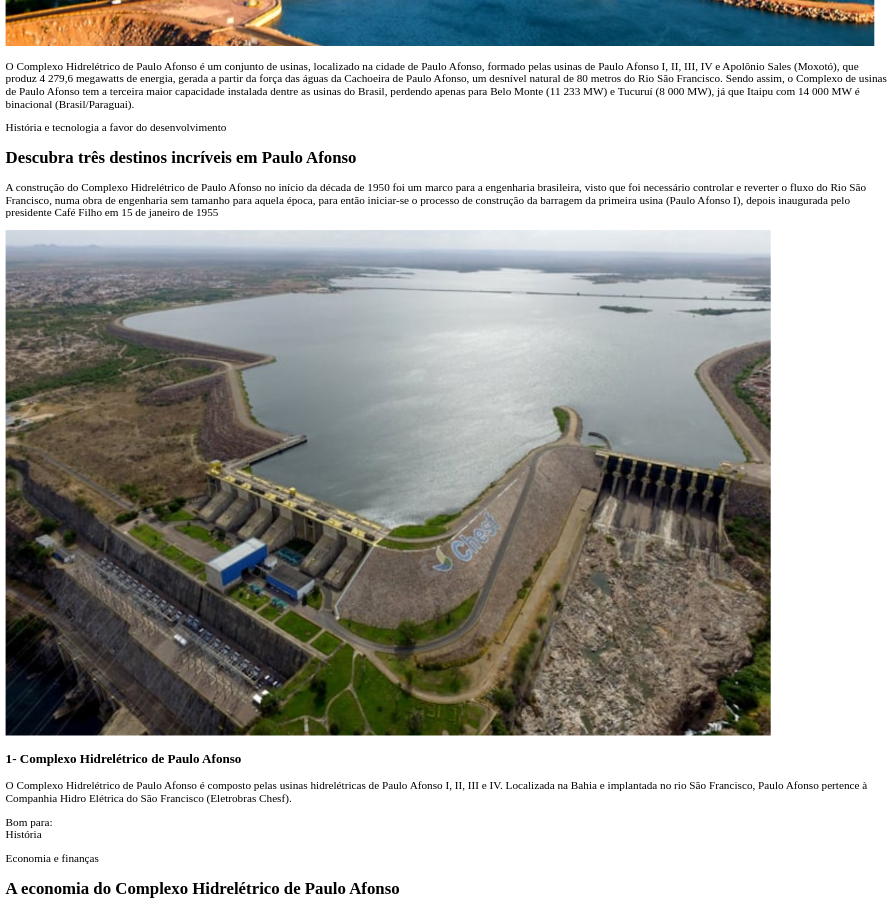
Repository: JeffRodFer/testeGitXGithub
Page: index.html
An editor plug-in stored every save of this project. The page is shown before and after the next save, followed by the edit.
The browser window is 1280 px wide. The pictures show the part of the page from y = 764 to 2684 px (the page is 2067 px tall before and 2684 px after), at 70% of full size.

Above is the page before, as saved 2025-03-15 18:46:44.

### index.html
<!DOCTYPE html>
<html lang="pt-br">
<head>
    <meta charset="UTF-8">
    <meta name="viewport" content="width=device-width, initial-scale=1.0">
    <title>Local Turístico</title>
</head>
<body>
    <main>
        <div>
            <p>Sua próxima viagem</p>
            <h1>Conheça Paulo Afonso</h1>
            <section>
                <img src="assets/main.jpg" alt="visão geral da hidroelêtrica">
                <p>O Complexo Hidrelétrico de Paulo Afonso é um conjunto de usinas, localizado na cidade de Paulo Afonso, formado pelas usinas de Paulo Afonso I, II, III, IV e Apolônio Sales (Moxotó), que produz 4 279,6 megawatts de energia, gerada a partir da força das águas da Cachoeira de Paulo Afonso, um desnível natural de 80 metros do Rio São Francisco. Sendo assim, o Complexo de usinas de Paulo Afonso tem a terceira maior capacidade instalada dentre as usinas do Brasil, perdendo apenas para Belo Monte (11 233 MW) e Tucuruí (8 000 MW), já que Itaipu com 14 000 MW é binacional (Brasil/Paraguai). </p>
            </section>
            <section>
                    <p>História e tecnologia a favor do desenvolvimento</p>
                    <h2>Descubra três destinos incríveis em Paulo Afonso</h2>
                    <p>
                    A construção do Complexo Hidrelétrico de Paulo Afonso no início da década de 1950 foi um marco para a engenharia brasileira, visto que foi necessário controlar e reverter o fluxo do Rio São Francisco, numa obra de engenharia sem tamanho para aquela época, para então iniciar-se o processo de construção da barragem da primeira usina (Paulo Afonso I), depois inaugurada pelo presidente Café Filho em 15 de janeiro de 1955
                     </p>
                    <img src="assets/hidroele.jpg" alt="hidroelêtrica">
                    <h3>1- Complexo Hidrelétrico de Paulo Afonso</h3>
                    <p>
                     O Complexo Hidrelétrico de Paulo Afonso é composto pelas usinas hidrelétricas de Paulo Afonso I, II, III e IV. Localizada na Bahia e implantada no rio São Francisco, Paulo Afonso pertence à Companhia Hidro Elétrica do São Francisco (Eletrobras Chesf).
                    </p>
                    <P>Bom para: <br>
                        História</P>
            </section>
            <section>
                <p>Economia e finanças</p>
                <h2>A economia do Complexo Hidrelétrico de Paulo Afonso</h2>
            </section>

        </div>
    </main>
</body>
</html>

After the next save:
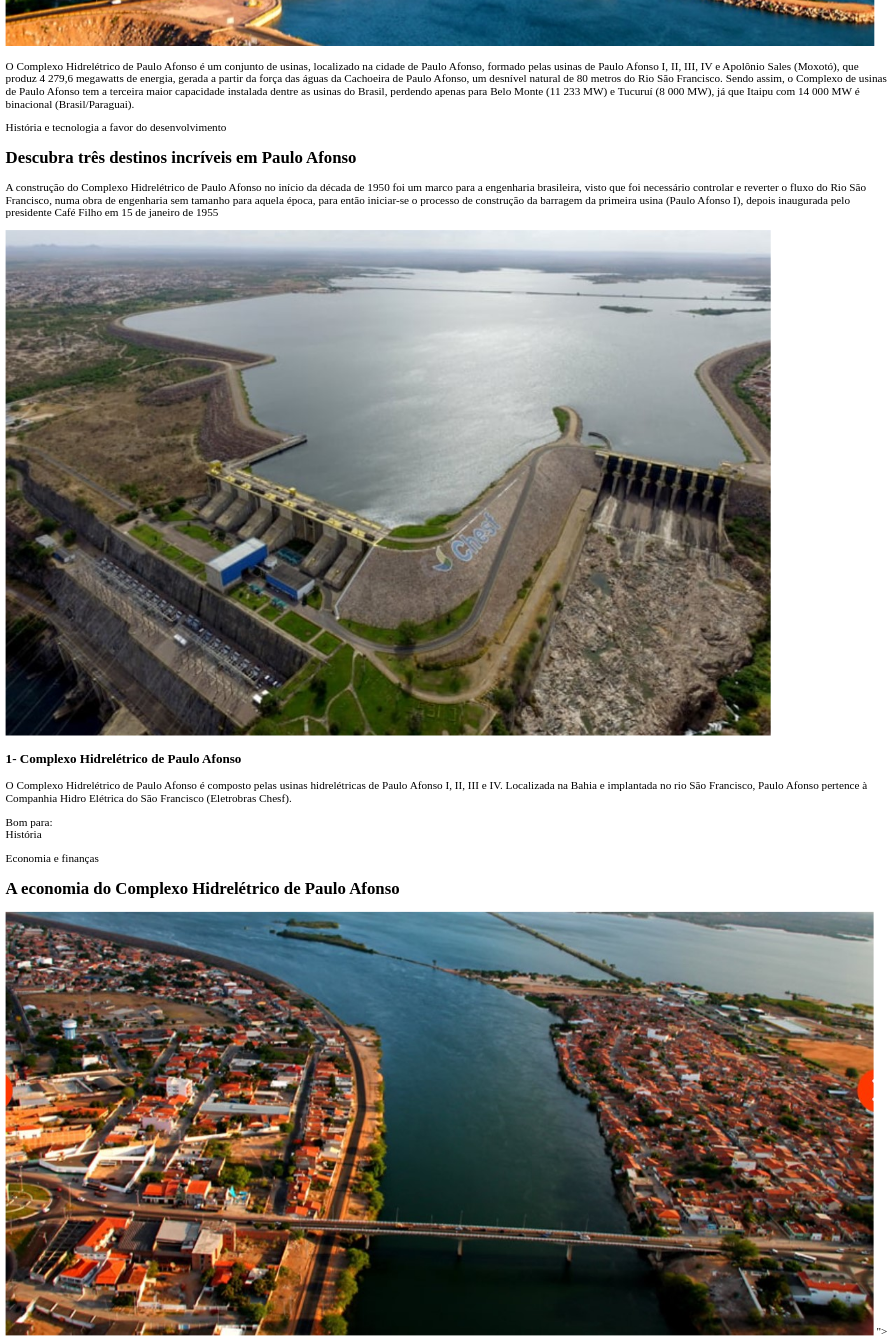
Saved 5 min 4 s later.
--- a/index.html
+++ b/index.html
@@ -18,8 +18,8 @@
                     <p>História e tecnologia a favor do desenvolvimento</p>
                     <h2>Descubra três destinos incríveis em Paulo Afonso</h2>
                     <p>
-                    A construção do Complexo Hidrelétrico de Paulo Afonso no início da década de 1950 foi um marco para a engenharia brasileira, visto que foi necessário controlar e reverter o fluxo do Rio São Francisco, numa obra de engenharia sem tamanho para aquela época, para então iniciar-se o processo de construção da barragem da primeira usina (Paulo Afonso I), depois inaugurada pelo presidente Café Filho em 15 de janeiro de 1955
-                     </p>
+                         A construção do Complexo Hidrelétrico de Paulo Afonso no início da década de 1950 foi um marco para a engenharia brasileira, visto que foi necessário controlar e reverter o fluxo do Rio São Francisco, numa obra de engenharia sem tamanho para aquela época, para então iniciar-se o processo de construção da barragem da primeira usina (Paulo Afonso I), depois inaugurada pelo presidente Café Filho em 15 de janeiro de 1955
+                    </p>
                     <img src="assets/hidroele.jpg" alt="hidroelêtrica">
                     <h3>1- Complexo Hidrelétrico de Paulo Afonso</h3>
                     <p>
@@ -31,6 +31,8 @@
             <section>
                 <p>Economia e finanças</p>
                 <h2>A economia do Complexo Hidrelétrico de Paulo Afonso</h2>
+                <img src="assets/aerea.jpg" alt="vista aerea da hidroelêtrica">
+                ">
             </section>
 
         </div>
